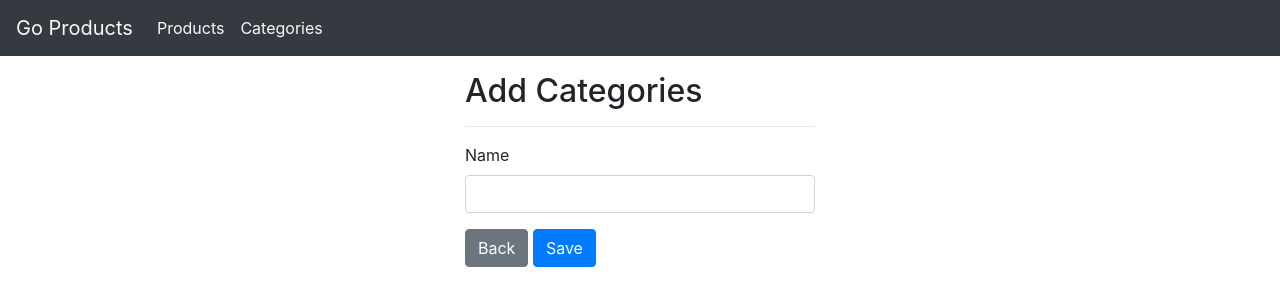
Repository: Nouthemoran/go-web-native-crud
Page: views/category/update.html
The author's editor kept a copy of each file at every save. The page is drawn from the files as they stood at one save, then again after a run of saves.
The browser window is 1280 px wide. The pictures show the whole page.

Above is the page before, as saved 2023-10-06 11:08:26.

After the next 3 saves:
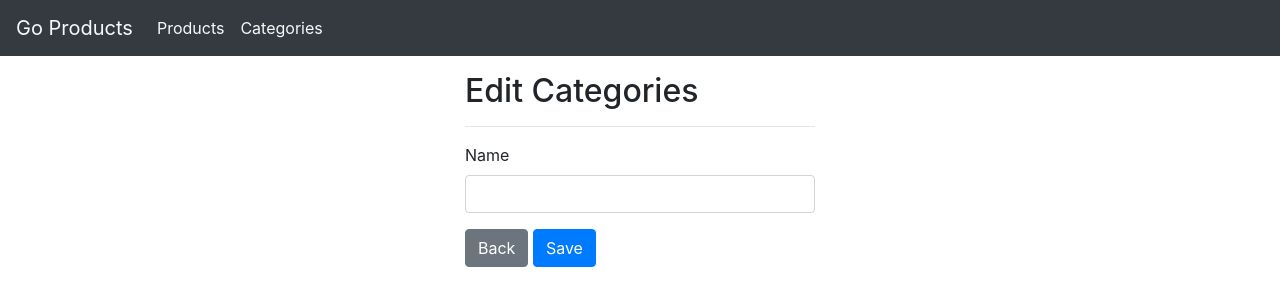
The 3 saves are shown as one change because they came seconds apart.
The last was saved 22 s later.
--- a/views/category/update.html
+++ b/views/category/update.html
@@ -33,7 +33,7 @@
     <div class="container mt-3">
         <div class="row d-flex justify-content-center ">
             <div class="col-4">
-                <h2>Add Categories</h2>
+                <h2>Edit Categories</h2>
                 <hr>
                 <form action="/categories/create" method="POST">
                     <div class="form-group">
